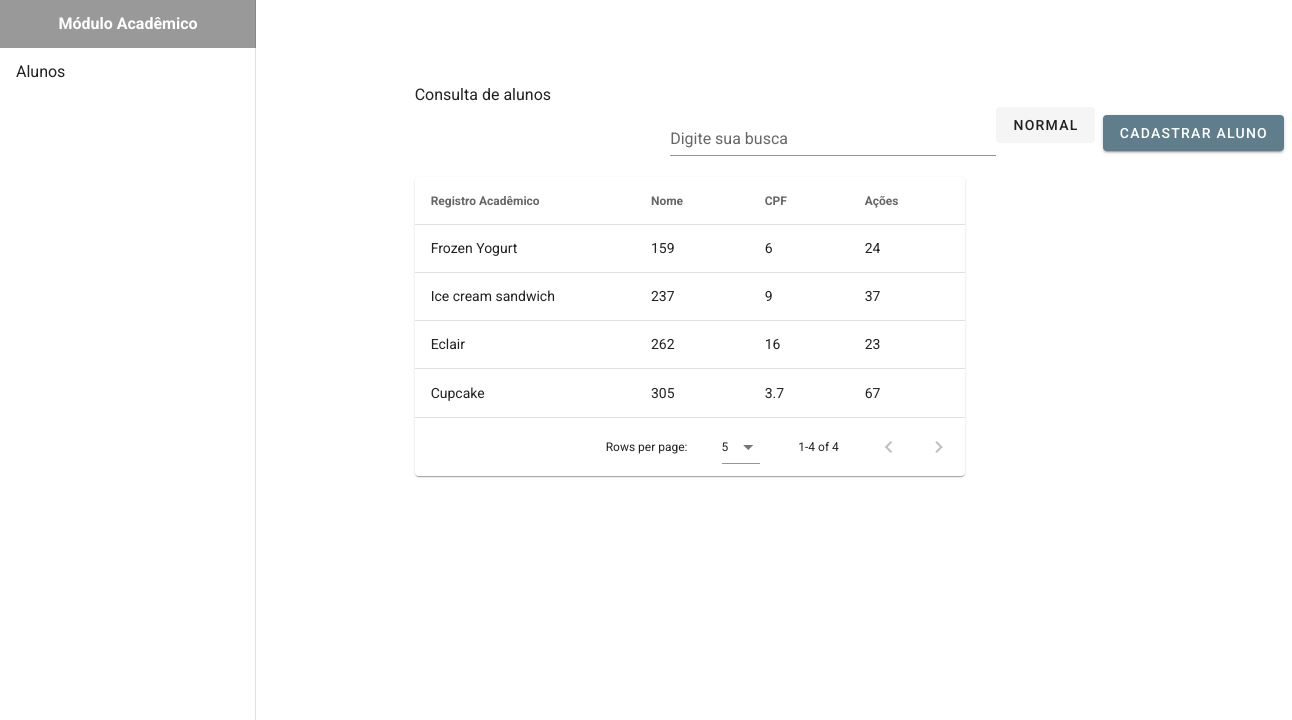
Repository: sergiohidekiono/vue-student
Page: /
The author's editor kept a copy of each file at every save. The page is drawn from the files as they stood at one save, then again after the next save.
The browser window is 1280 px wide. The page is 1292 px wide, so the pictures cover 1292 px, including what lies to the right of the window. The pictures show the whole page.
The project was rebuilt for these pictures with package versions that can differ from the ones it lists, and the page was loaded fresh each time. Also part of the build but not shown: vue.config.js.

Above is the page before, as saved 2024-08-07 10:07:31.

### src/App.vue
<template>
  <v-app>
    <v-main class="wrapper">
      <StudentList class="wrapper" />
    </v-main>
  </v-app>
</template>

<script>
import StudentList from './components/student-list';

export default {
  name: 'App',

  components: {
    StudentList,
  },

  data: () => ({
    //
  }),
};
</script>

<style>
.wrapper {
  width: 100vw;
  height: 100vh;
  margin: 0;
}
</style>

### src/components/student-list.vue
<template>
    <v-container>
        <v-row>
            <div class="d-flex align-start">
                <v-img :src="require('../assets/logo.png')" class="my-3" />
            </div>
        </v-row>
        <v-row>
            <v-col cols="2">
                <v-navigation-drawer v-model="drawer" app clipped :permanent="false">
                    <v-list>
                        <v-list-item>
                            <v-list-item-content class="header-table" style="padding: 0 !important;">
                                <v-list-item-title style="padding: 0; margin: 0;">
                                    <h4 class="d-flex justify-center">Módulo Acadêmico</h4>
                                </v-list-item-title>
                            </v-list-item-content>
                        </v-list-item>
                        <v-list-item link>
                            <v-list-item-content style="padding: 0;">
                                <v-list-item-title class="ml-4">Alunos</v-list-item-title>
                            </v-list-item-content>
                        </v-list-item>
                    </v-list>
                </v-navigation-drawer>
            </v-col>
            <v-col cols="10">
                <v-row cols="12" justify="center">
                    <v-row>
                        <span>Consulta de alunos</span>
                    </v-row>
                    <v-row>
                        <v-text-field label="Digite sua busca"></v-text-field>
                        <v-btn depressed> Normal </v-btn>
                        <v-btn :loading="loading3" :disabled="loading3" color="blue-grey" class="ma-2 white--text"
                            @click="loader = 'loading3'"> Cadastrar Aluno </v-btn>
                    </v-row>
                    <v-row>
                        <template>
                            <v-data-table :headers="headers" :items="desserts" :items-per-page="5"
                                class="elevation-1"></v-data-table>
                        </template>
                    </v-row>
                </v-row>
            </v-col>
        </v-row>
    </v-container>
</template>

<script>

export default {
    name: 'StudentList',
    data() {
        return {
            headers: [
                {
                    text: 'Registro Acadêmico',
                    value: 'register',
                },
                { text: 'Nome', value: 'name' },
                { text: 'CPF', value: 'document' },
                { text: 'Ações', value: 'action' }
            ],
            desserts: [
                {
                    register: 'Frozen Yogurt',
                    name: 159,
                    document: 6.0,
                    action: 24,
                },
                {
                    register: 'Ice cream sandwich',
                    name: 237,
                    document: 9.0,
                    action: 37,
                },
                {
                    register: 'Eclair',
                    name: 262,
                    document: 16.0,
                    action: 23,
                },
                {
                    register: 'Cupcake',
                    name: 305,
                    document: 3.7,
                    action: 67,
                },

            ],
        }
    }
}

</script>

<style scoped>
.v-list-item.theme--light .header-table {
    color: white;
    padding: 0 !important;
}

.v-list-item.theme--light {
    padding: 0 !important;
    background: #999999;
}

.v-list.v-sheet.theme--light {
    padding: 0 !important;
}

.v-list-item.v-list-item--link.theme--light {
    background: white;
}
</style>

Loaded but not shown: public/index.html (common file); src/main.js (common file); src/plugins/vuetify.js (common file)

After the next save:
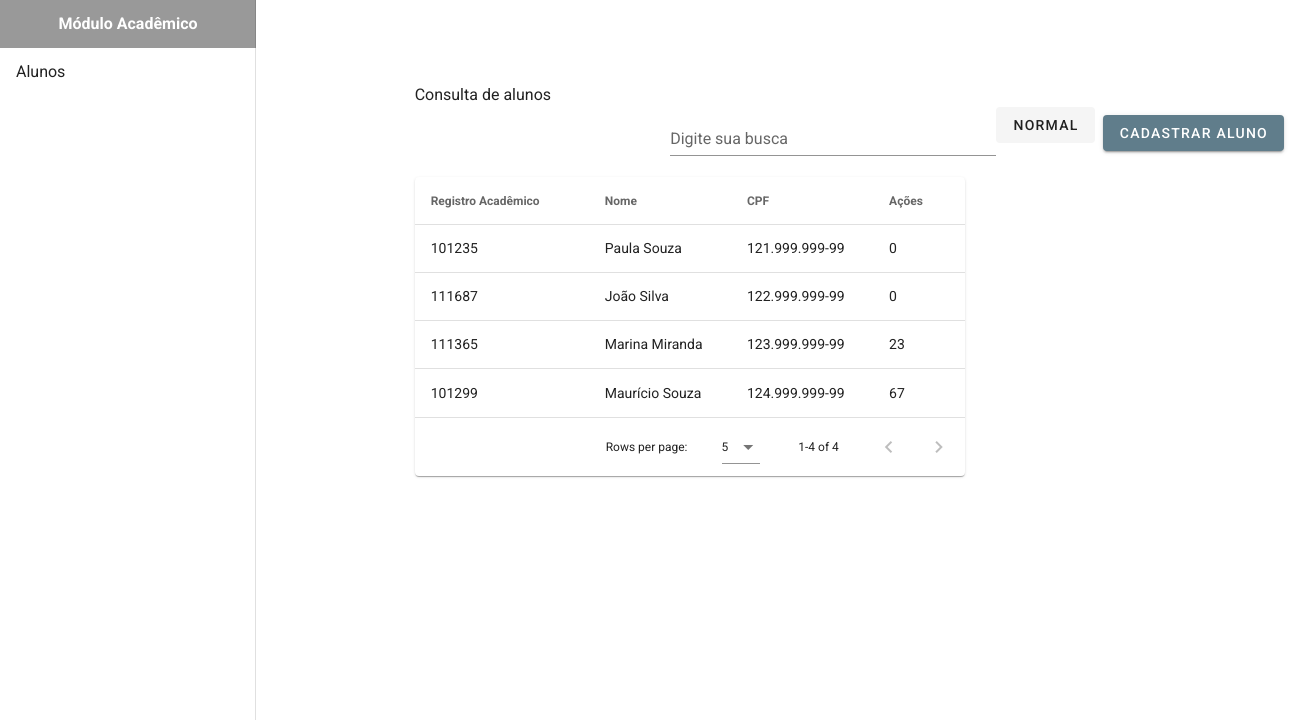
Saved 109 s later.
--- a/src/components/student-list.vue
+++ b/src/components/student-list.vue
@@ -64,27 +64,27 @@ export default {
             ],
             desserts: [
                 {
-                    register: 'Frozen Yogurt',
-                    name: 159,
-                    document: 6.0,
-                    action: 24,
+                    register: 101235,
+                    name: 'Paula Souza',
+                    document: '121.999.999-99',
+                    action: 0,
                 },
                 {
-                    register: 'Ice cream sandwich',
-                    name: 237,
-                    document: 9.0,
-                    action: 37,
+                    register: 111687,
+                    name: 'João Silva',
+                    document: '122.999.999-99',
+                    action: 0,
                 },
                 {
-                    register: 'Eclair',
-                    name: 262,
-                    document: 16.0,
+                    register: 111365,
+                    name: 'Marina Miranda',
+                    document: '123.999.999-99',
                     action: 23,
                 },
                 {
-                    register: 'Cupcake',
-                    name: 305,
-                    document: 3.7,
+                    register: 101299,
+                    name: 'Maurício Souza',
+                    document: '124.999.999-99',
                     action: 67,
                 },
 
